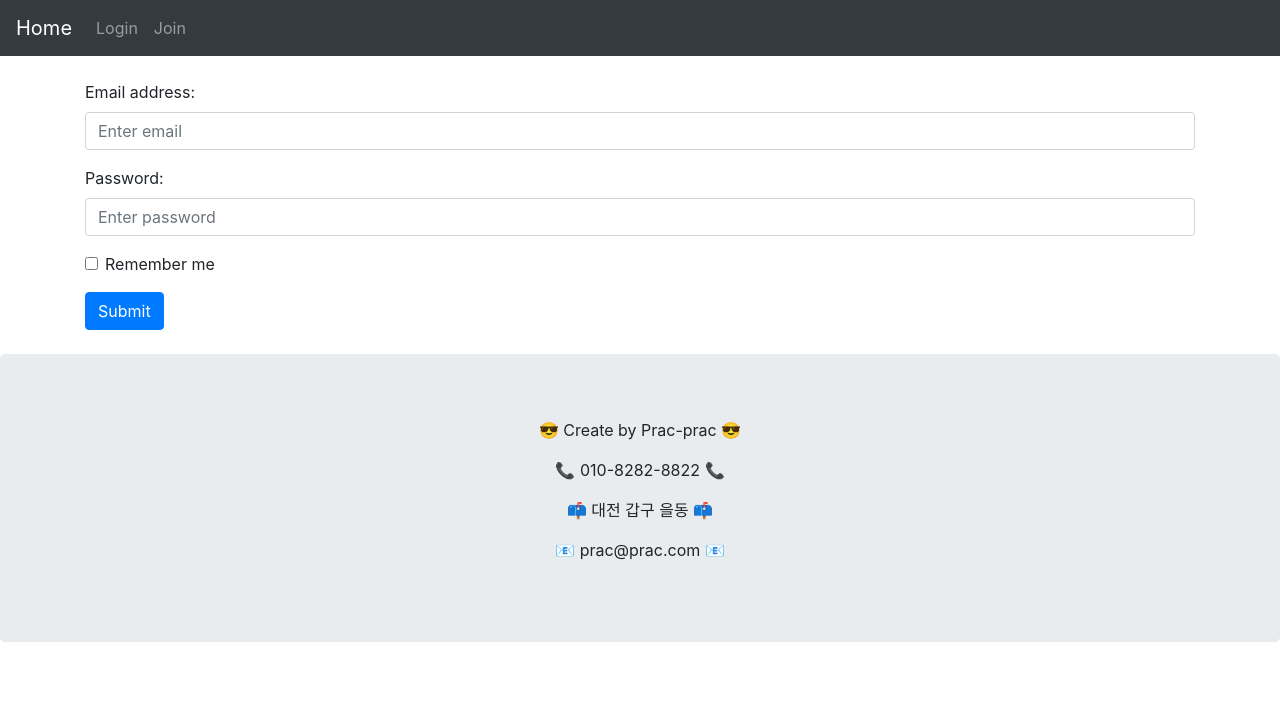
Repository: Prac-prac/Springboot-JPA-blog
Page: http://localhost/blog/WEB-INF/views/user/joinForm.jsp
An editor plug-in stored every save of this project. The page is shown before and after the next save, followed by the edit.
The browser window is 1280 px wide. The pictures show the whole page.
The page is served by Tomcat 9. Nobody is signed in. Other server files are loaded and not shown. The template is opened directly, without the code that normally fills it, so the values that code supplies are empty.

Above is the page before, as saved 2021-08-21 15:20:44.

### blog/src/main/webapp/WEB-INF/views/user/joinForm.jsp
<%@ page language="java" contentType="text/html; charset=utf-8" pageEncoding="utf-8"%>

<%@ include file="../layout/header.jsp"%>

<div class="container">
	<form action="/action_page.php">
		<div class="form-group">
			<label for="email">Email address:</label> <input type="email" class="form-control" placeholder="Enter email" id="email">
		</div>
		<div class="form-group">
			<label for="pwd">Password:</label> <input type="password" class="form-control" placeholder="Enter password" id="pwd">
		</div>
		<div class="form-group form-check">
			<label class="form-check-label"> <input class="form-check-input" type="checkbox"> Remember me
			</label>
		</div>
		<button type="submit" class="btn btn-primary">Submit</button>
	</form>


</div>



<%@ include file="../layout/footer.jsp"%>

### blog/src/main/webapp/WEB-INF/views/layout/header.jsp
<%@ page language="java" contentType="text/html; charset=utf-8" pageEncoding="utf-8"%>
<!DOCTYPE html>
<html lang="en">
<head>
<title>엔써 블로그</title>
<meta charset="utf-8">
<meta name="viewport" content="width=device-width, initial-scale=1">
<link rel="stylesheet" href="https://maxcdn.bootstrapcdn.com/bootstrap/4.5.2/css/bootstrap.min.css">
</head>
<body>

	<nav class="navbar navbar-expand-md bg-dark navbar-dark">
		<a class="navbar-brand" href="/blog">Home</a>
		<button class="navbar-toggler" type="button" data-toggle="collapse" data-target="#collapsibleNavbar">
			<span class="navbar-toggler-icon"></span>
		</button>
		<div class="collapse navbar-collapse" id="collapsibleNavbar">
			<ul class="navbar-nav">
				<li class="nav-item"><a class="nav-link" href="/blog/user/loginForm">Login</a></li>
				<li class="nav-item"><a class="nav-link" href="/blog/user/joinForm">Join</a></li>
			</ul>
		</div>
	</nav>
	<br />

### blog/src/main/webapp/WEB-INF/views/layout/footer.jsp
<%@ page language="java" contentType="text/html; charset=utf-8" pageEncoding="utf-8"%>

<br />
<div class="jumbotron text-center" style="margin-bottom: 0">
	<p>😎&nbsp;Create by Prac-prac&nbsp;😎</p>
	<p>📞&nbsp;010-8282-8822&nbsp;📞</p>
	<p>📫&nbsp;대전 갑구 을동&nbsp;📫</p>
	<p>📧&nbsp;prac@prac.com&nbsp;📧</p>
</div>

<script src="https://ajax.googleapis.com/ajax/libs/jquery/3.5.1/jquery.min.js"></script>
<script src="https://cdnjs.cloudflare.com/ajax/libs/popper.js/1.16.0/umd/popper.min.js"></script>
<script src="https://maxcdn.bootstrapcdn.com/bootstrap/4.5.2/js/bootstrap.min.js"></script>

</body>
</html>

After the next save:
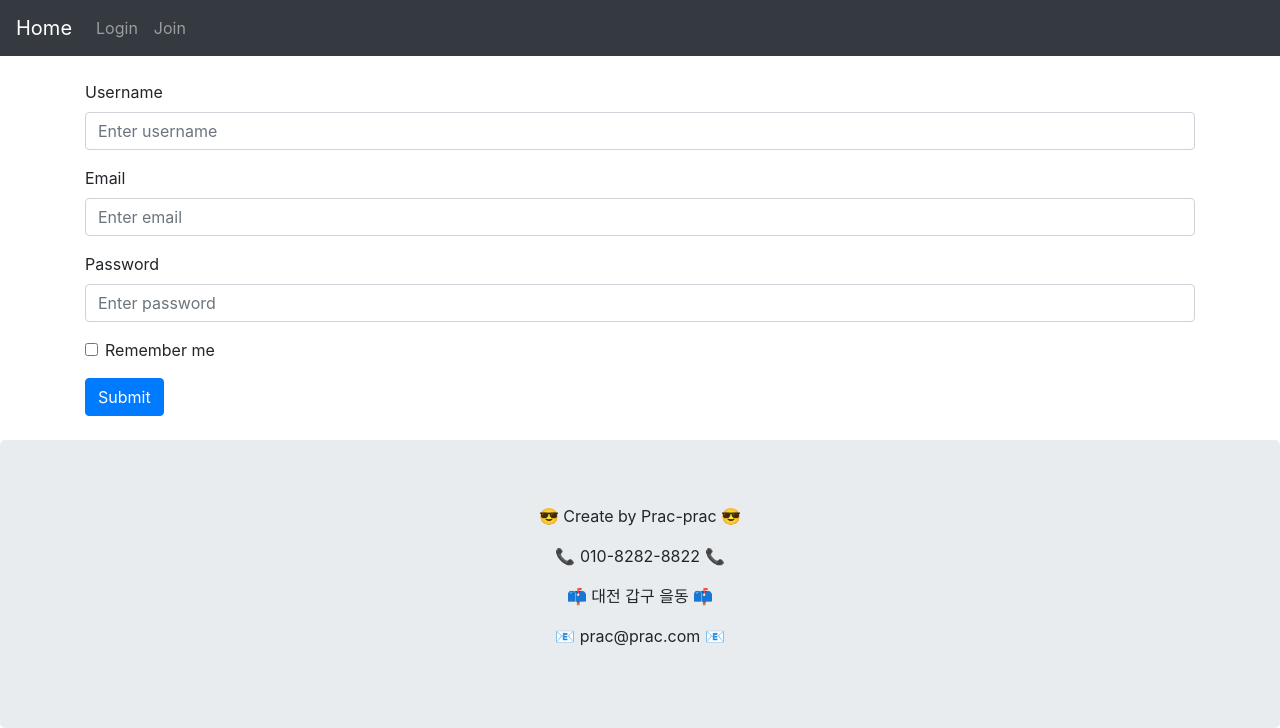
Saved 3 min 5 s later.
--- a/blog/src/main/webapp/WEB-INF/views/user/joinForm.jsp
+++ b/blog/src/main/webapp/WEB-INF/views/user/joinForm.jsp
@@ -5,10 +5,13 @@
 <div class="container">
 	<form action="/action_page.php">
 		<div class="form-group">
-			<label for="email">Email address:</label> <input type="email" class="form-control" placeholder="Enter email" id="email">
+			<label for="username">Username</label> <input type="text" class="form-control" placeholder="Enter username" id="username">
 		</div>
 		<div class="form-group">
-			<label for="pwd">Password:</label> <input type="password" class="form-control" placeholder="Enter password" id="pwd">
+			<label for="email">Email</label> <input type="email" class="form-control" placeholder="Enter email" id="email">
+		</div>
+		<div class="form-group">
+			<label for="pwd">Password</label> <input type="password" class="form-control" placeholder="Enter password" id="pwd">
 		</div>
 		<div class="form-group form-check">
 			<label class="form-check-label"> <input class="form-check-input" type="checkbox"> Remember me
